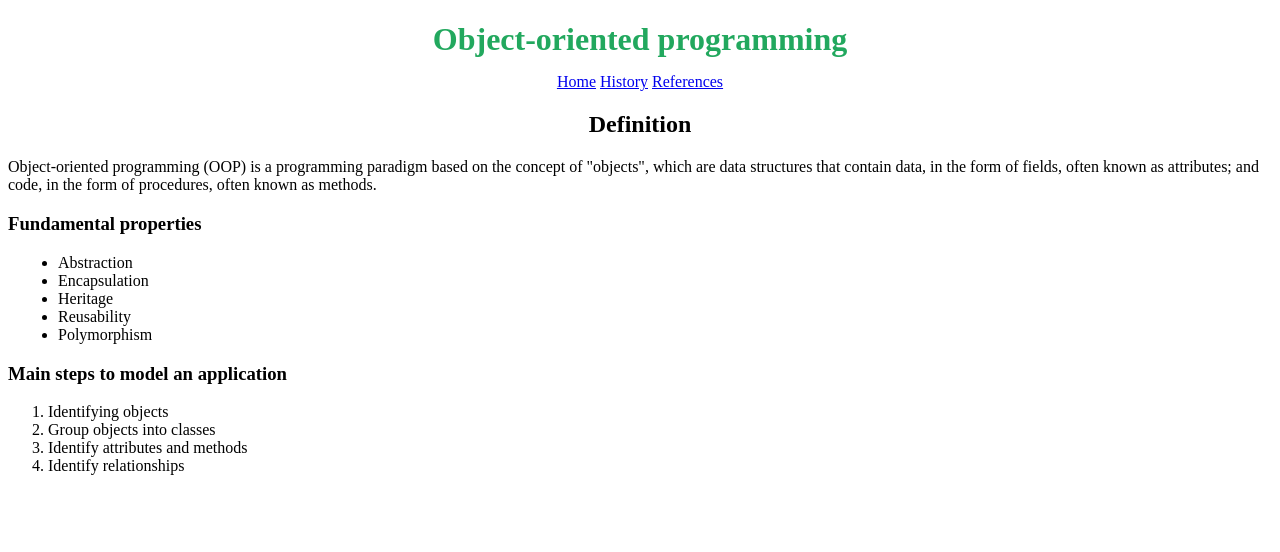
Repository: ReyesEvan/8.-Septimo_semestre
Page: Aplicaciones_en_ambientes_distribuidos/OOP/V3/home.html
The author's editor kept a copy of each file at every save. The page is drawn from the files as they stood at one save, then again after the next save.
The browser window is 1280 px wide. The pictures show the whole page.

Above is the page before, as saved 2019-09-30 18:28:55.

After the next save:
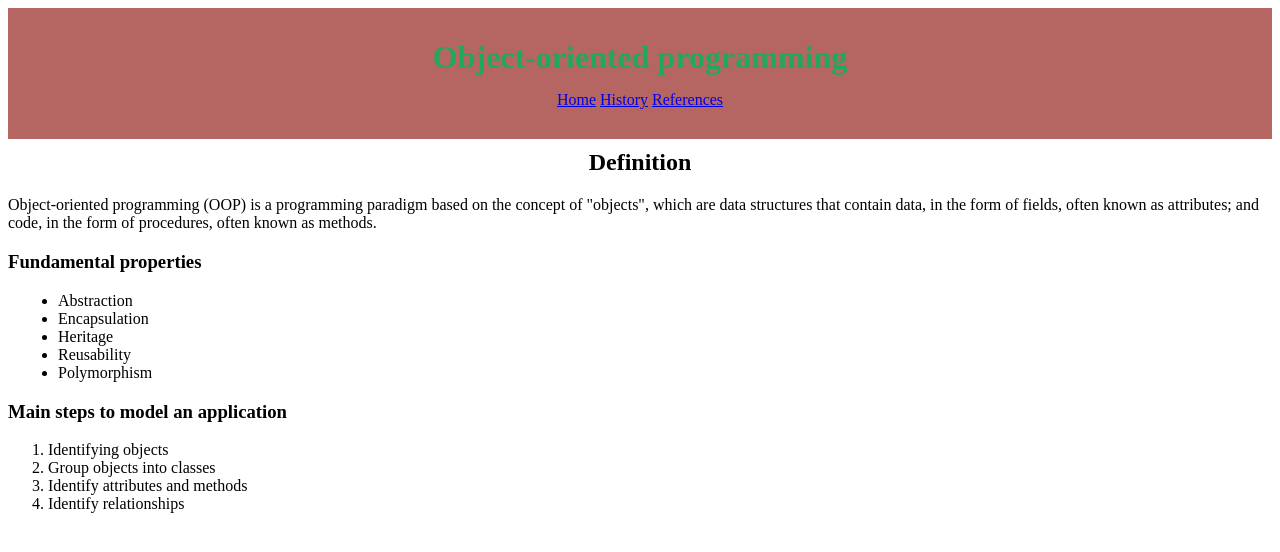
Saved 86 s later.
--- a/Aplicaciones_en_ambientes_distribuidos/OOP/V3/main.css
+++ b/Aplicaciones_en_ambientes_distribuidos/OOP/V3/main.css
@@ -13,6 +13,15 @@ h2 {
     text-align: center
 }
 
+.header {
+    padding: 10px;
+    background-color: #b56663;
+}
+
+.header a {
+    color #ffffff;
+}
+
 ul {
     padding: 0 0 0 50px;
 }
